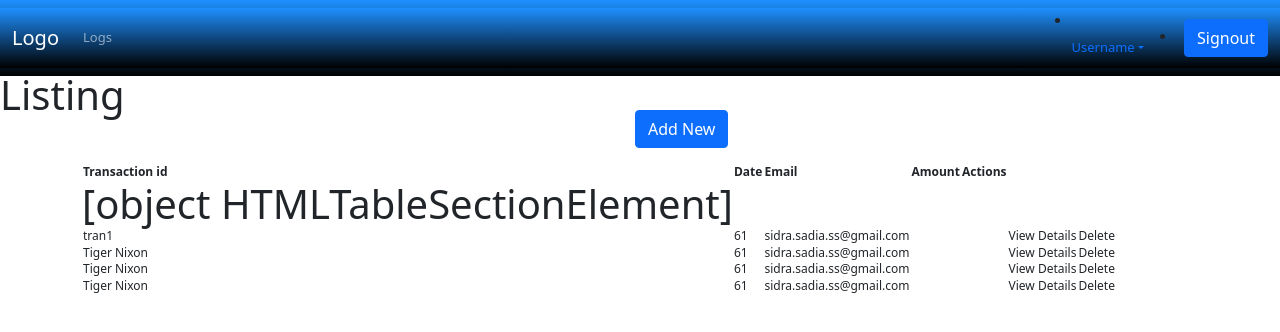
Repository: Sadia-Naveed-Shaikh/JavaScript-Website
Page: src/Listing.html
The author's editor kept a copy of each file at every save. The page is drawn from the files as they stood at one save, then again after the next save.
The browser window is 1280 px wide. The pictures show the whole page.
Some web libraries are served in a nearby version.

Above is the page before, as saved 2021-10-28 17:03:47.

### src/Listing.html
<!DOCTYPE html>

<html>

<head>
    <title>Listing</title>
    <meta charset="utf-8">
    <meta name="viewport" content="width=device-width, initial-scale=1">
    <link href="https://cdn.jsdelivr.net/npm/bootstrap@5.1.1/dist/css/bootstrap.min.css" rel="stylesheet">
    <script src="https://cdn.jsdelivr.net/npm/bootstrap@5.1.1/dist/js/bootstrap.bundle.min.js"></script>
    <script src="https://kit.fontawesome.com/2246d8fd03.js" crossorigin="anonymous"></script>
</head>

<style>
body{
    font-size: small;
}
 tr, td{
    font-size: 12px;
}
.modal-body{
font-size: 18px;
}
</style>

<body>

    <nav class="navbar navbar-expand-sm  navbar-dark fixed-top" style="background-image: linear-gradient(dodgerblue, black);
">
        <div class="container-fluid" style="background-image: linear-gradient(dodgerblue, black);
; height:60px">
            <a class="navbar-brand" href="#">Logo</a>
            <button class="navbar-toggler" type="button" data-bs-toggle="collapse" data-bs-target="#collapsibleNavbar">
                <span class="navbar-toggler-icon"></span>
            </button>
            <div class="collapse navbar-collapse" id="collapsibleNavbar">
                <ul class="navbar-nav">
                    <li class="nav-item">
                        <a class="nav-link" href="#">Logs</a>
                    </li>


                </ul>

            </div>
            <!-- <form class="d-flex">
            <input class="form-control me-2" type="text" placeholder="Search">
            <button class="btn btn-primary" type="button">Search</button>
        </form> -->

            <!-- Button to Open the Modal -->
            <li class="nav-item dropdown">
                <a class="nav-link dropdown-toggle" href="#" role="button" data-bs-toggle="dropdown">Username</a>
                <ul class="dropdown-menu">
                    <li><a class="dropdown-item" href="Profile.html">View Profile</a></li>
                    <li><a class="dropdown-item" href="forgetPassword.html">Change Password</a></li>
                </ul>
            <li class="nav-item dropdown">
                <button type="button" class="btn btn-primary" style="margin-left: 5px">
                    Signout
                </button>
        </div>
    </nav>
    <div style="margin-top: 50px;">


        <h1>
            Listing
            <button type="button" class="btn btn-primary" data-bs-toggle="modal" data-bs-target="#myModal"
                style="margin-left: 500px; margin-top: 60px;">
                Add New
            </button>

            <div class="modal fade" id="myModal">
                <div class="modal-dialog modal-dialog-centered  modal-dialog-scrollable">
                    <div class="modal-content">

                        <!-- Modal Header -->
                        <div class="modal-header">
                            <h4 class="modal-title">Add New Transaction</h4>
                            <button type="button" class="btn-close" data-bs-dismiss="modal"></button>
                        </div>

                        <!-- Modal body -->
                        <div class="modal-body">

                            <form action="/action_page.php" class="was-validated">
                                <div class="mb-3 mt-3">
                                    <label for="uname" class="form-label">Username:</label>
                                    <input type="text" class="form-control" id="uname" placeholder="Enter username"
                                        name="uname" required>
                                    <div class="valid-feedback">Valid.</div>
                                    <div class="invalid-feedback">Please fill out this field.</div>
                                </div>
                                <div class="mb-3">
                                    <label for="pwd" class="form-label">Password:</label>
                                    <input type="password" class="form-control" id="pwd" placeholder="Enter password"
                                        name="pswd" required>
                                    <div class="valid-feedback">Valid.</div>
                                    <div class="invalid-feedback">Please fill out this field.</div>
                                </div>
                                <div class="form-check mb-3">
                                    <input class="form-check-input" type="checkbox" id="myCheck" name="remember"
                                        required>
                                    <label class="form-check-label" for="myCheck">I agree on blabla.</label>
                                    <div class="valid-feedback">Valid.</div>
                                    <div class="invalid-feedback">Check this checkbox to continue.</div>
                                </div>
                                <div class="form-check mb-3">
                                    <label class="form-check-label">
                                        <input class="form-check-input" type="checkbox" name="remember"> Remember me
                                    </label>
                                </div>
                                <div class="form-check">
                                    <input type="radio" class="form-check-input" id="radio1" name="optradio"
                                        value="option1" checked>Option 1
                                    <label class="form-check-label" for="radio1"></label>
                                </div>
                                <div class="form-check">
                                    <input type="radio" class="form-check-input" id="radio2" name="optradio"
                                        value="option2">Option
                                    2
                                    <label class="form-check-label" for="radio2"></label>
                                </div>
                                <div class="form-check">
                                    <input type="radio" class="form-check-input" disabled>Option 3
                                    <label class="form-check-label"></label>
                                </div>
                                <button type="submit" class="btn btn-primary">Submit</button>
                            </form>

                        </div>

                        <!-- Modal footer -->
                        <div class="modal-footer">
                            <button type="button" class="btn btn-danger" data-bs-dismiss="modal">Close</button>
                        </div>

                    </div>
                </div>
            </div>

            <div class="container mt-3">
                <table class=" table-striped table-hover table-border">
                    <thead>
                        <tr>
                            <th>Transaction id</th>
                            <th>Date</th>
                            <th>Email</th>
                            <th>Amount</th>
                            <th>Actions</th>
                        </tr>
                    </thead>
                    <tbody id='tableContents'>
                    </tbody>
                </table>
</div>
            </div>
            <script>
                var record;
                var myObj;
                var xhr = new XMLHttpRequest();
                xhr.open("GET", "transaction.json", true);
                xhr.onload = function () {
                    record = xhr.responseText;
                    myObj = JSON.parse(record);
                    var table = document.getElementById('tableContents');
                    for (let i = 0; i < myObj.length; i++) {
                        tableContents += '<tr><td>' + myObj[i].tran_id + '</td><td>' + myObj[i].date + '</td><td>' + myObj[i].email + '</td><td>' + myObj[i].amount + '</td><td>' + '</td><td>' + "View Details" + '</td><td>' +"Delete" + '</td></tr>' ;
                    }
                    table.innerHTML = tableContents;
                };
                xhr.send();

            </script>

    </div>
    </h1>
</body>


</html>

### src/transaction.json
[
    {
        "id": 1,
        "tran_id": "tran1",
        "name": "xyz",
        "email": "sidra.sadia.ss@gmail.com",
        "date": 61,
        "amount": "",
        "currency": "",
        "key8": "",
        "key9": "",
        "key10": "",
        "key11": "",
        "key12":"",
        "key13":"",
        "key14":"",
        "key15":""
    },
    {
        "id": 1,
        "tran_id": "Tiger Nixon",
        "name": 320800,
        "email": "sidra.sadia.ss@gmail.com",
        "date": 61,
        "amount": "",
        "currency": "",
        "key8": "",
        "key9": "",
        "key10": "",
        "key11": "",
        "key12": "",
        "key13": "",
        "key14": "",
        "key15": ""
    },
    {
        "id": 1,
        "tran_id": "Tiger Nixon",
        "name": 320800,
        "email": "sidra.sadia.ss@gmail.com",
        "date": 61,
        "amount": "",
        "currency": "",
        "key8": "",
        "key9": "",
        "key10": "",
        "key11": "",
        "key12": "",
        "key13": "",
        "key14": "",
        "key15": ""
    },
    {
        "id": 1,
        "tran_id": "Tiger Nixon",
        "name": 320800,
        "email": "sidra.sadia.ss@gmail.com",
        "date": 61,
        "amount": "",
        "currency": "",
        "key8": "",
        "key9": "",
        "key10": "",
        "key11": "",
        "key12": "",
        "key13": "",
        "key14": "",
        "key15": ""
    }
]

After the next save:
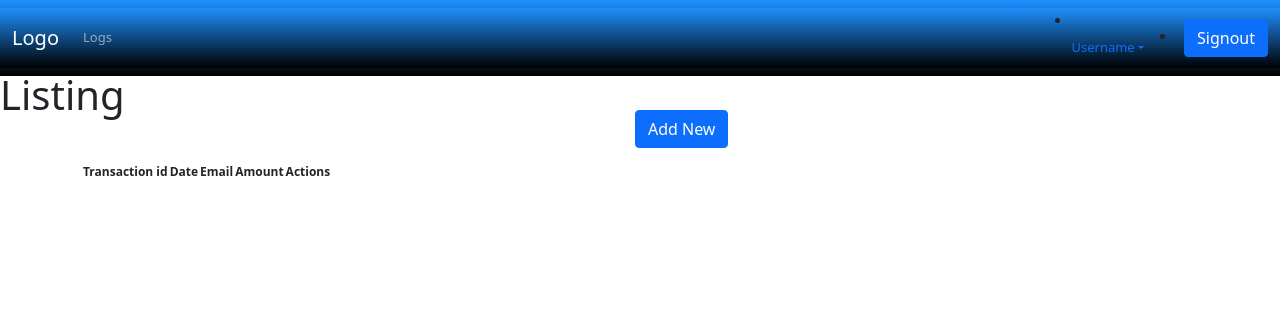
Console error: SyntaxError: Unexpected token '<'
Saved 33 s later.
--- a/src/Listing.html
+++ b/src/Listing.html
@@ -166,7 +166,10 @@
                     myObj = JSON.parse(record);
                     var table = document.getElementById('tableContents');
                     for (let i = 0; i < myObj.length; i++) {
-                        tableContents += '<tr><td>' + myObj[i].tran_id + '</td><td>' + myObj[i].date + '</td><td>' + myObj[i].email + '</td><td>' + myObj[i].amount + '</td><td>' + '</td><td>' + "View Details" + '</td><td>' +"Delete" + '</td></tr>' ;
+                        tableContents += '<tr><td>' + myObj[i].tran_id + '</td><td>' + myObj[i].date + '</td><td>' + myObj[i].email + '</td><td>' + myObj[i].amount + '</td><td>' + '</td><td>' +  <button type="button" class="btn btn-primary" data-bs-toggle="modal" data-bs-target="#myModal"
+                            style="margin-left: 500px; margin-top: 60px;">
+                            Add New
+                        </button> + '</td><td>' +"Delete" + '</td></tr>' ;
                     }
                     table.innerHTML = tableContents;
                 };

After the save that followed:
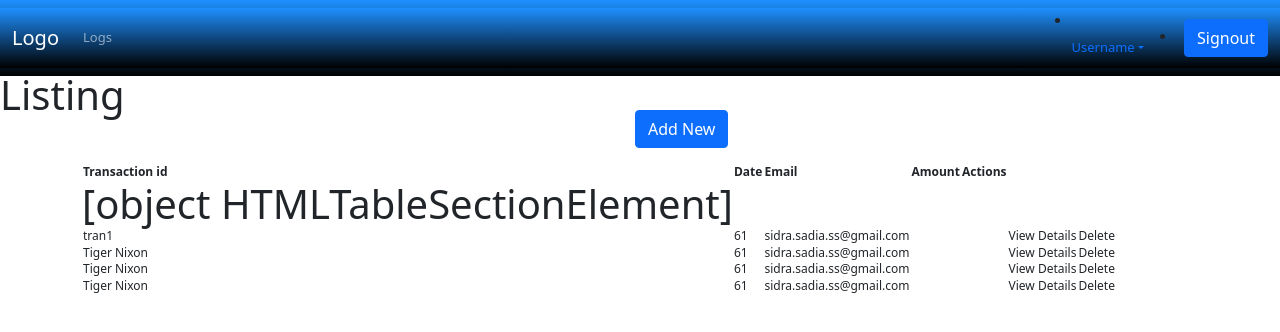
The error is gone.
Saved 9 s later.
--- a/src/Listing.html
+++ b/src/Listing.html
@@ -166,10 +166,7 @@
                     myObj = JSON.parse(record);
                     var table = document.getElementById('tableContents');
                     for (let i = 0; i < myObj.length; i++) {
-                        tableContents += '<tr><td>' + myObj[i].tran_id + '</td><td>' + myObj[i].date + '</td><td>' + myObj[i].email + '</td><td>' + myObj[i].amount + '</td><td>' + '</td><td>' +  <button type="button" class="btn btn-primary" data-bs-toggle="modal" data-bs-target="#myModal"
-                            style="margin-left: 500px; margin-top: 60px;">
-                            Add New
-                        </button> + '</td><td>' +"Delete" + '</td></tr>' ;
+                        tableContents += '<tr><td>' + myObj[i].tran_id + '</td><td>' + myObj[i].date + '</td><td>' + myObj[i].email + '</td><td>' + myObj[i].amount + '</td><td>' + '</td><td>' + "View Details" + '</td><td>' +"Delete" + '</td></tr>' ;
                     }
                     table.innerHTML = tableContents;
                 };
